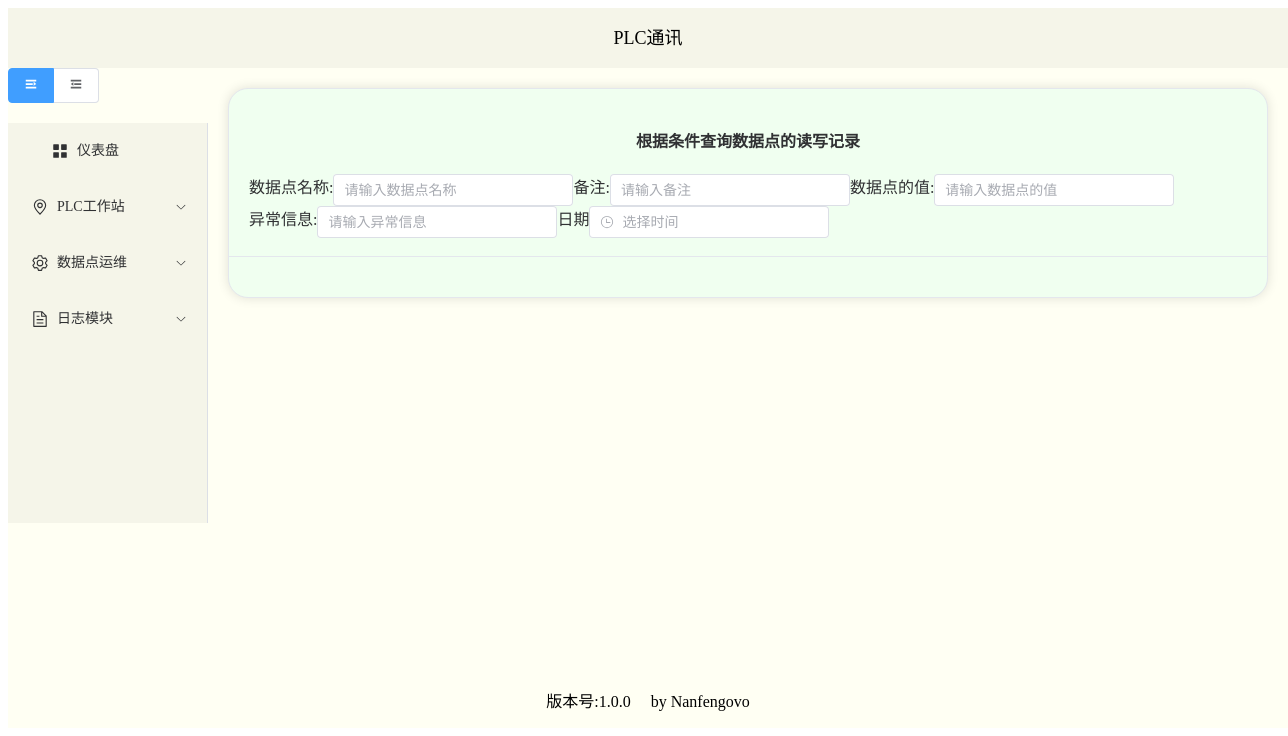
Repository: nanfengovo/HelperWorkStation
Page: /#/frameWork/PLCWorkstation/S7 (app in HelperWorkStation/plchelper-ui/)
The author's editor kept a copy of each file at every save. The page is drawn from the files as they stood at one save, then again after the next save.
The browser window is 1280 px wide. The page is 1288 px wide, so the pictures cover 1288 px, including what lies to the right of the window. The pictures show the whole page.
The project was rebuilt for these pictures with package versions that can differ from the ones it lists, and the page was loaded fresh each time. Also part of the build but not shown: HelperWorkStation/plchelper-ui/vite.config.ts, HelperWorkStation/plchelper-ui/src/views/Login/index.vue.

Above is the page before, as saved 2025-02-15 23:28:25.

### HelperWorkStation/plchelper-ui/index.html
<!DOCTYPE html>
<html lang="">
  <head>
    <meta charset="UTF-8">
    <link rel="icon" href="/icon-park-outline--cpu.png">
    <meta name="viewport" content="width=device-width, initial-scale=1.0">
    <title>PLCHelper Station</title>
  </head>
  <body>
    <div id="app"></div>
    <script type="module" src="/src/main.ts"></script>
  </body>
</html>

<style>
  #app{
    /* display: flex;
    justify-content: center;
    align-items: center; */
    height: 100vh;
    width: 100vw;
  }
</style>

### HelperWorkStation/plchelper-ui/src/main.ts
// import './assets/main.css'

import { createApp } from 'vue'
import ElementPlus from 'element-plus'
import 'element-plus/dist/index.css'
import { createPinia } from 'pinia'

import App from './App.vue'
import * as ElementPlusIconsVue from '@element-plus/icons-vue'
//element-plus转换中文
import zhCn from 'element-plus/es/locale/lang/zh-cn'
import router from './router'

const app = createApp(App)
app.use(router)
for (const [key, component] of Object.entries(ElementPlusIconsVue)) {
    app.component(key, component)
    }
    app.use(ElementPlus, {
        locale: zhCn,
        })
app.use(createPinia())


app.mount('#app')

### HelperWorkStation/plchelper-ui/src/App.vue
<script setup lang="ts">
import {  RouterView } from 'vue-router'
import FrameWork from './views/FrameWork/index.vue'
import Login from './views/Login/index.vue'
</script>

<template>
  <div class="app">
    <RouterView />
  </div>

  <!-- <RouterView /> -->
</template>

<style scoped>
	html,body,#app{
      height: 100%;
      width: 100%;
	}
  .app{
    height: 100%;
    width: 100%;
  }
</style>

### HelperWorkStation/plchelper-ui/src/router/index.ts
import { createMemoryHistory, createRouter, createWebHashHistory, type RouteRecordRaw } from 'vue-router'
import frameWork from '../views/FrameWork/index.vue';
import Login from '../views/Login/index.vue';
import panel from '../views/FrameWork/layout/panel/index.vue';

// const routes: RouteRecordRaw[] = [];
const routes: Array<RouteRecordRaw> = [
    {
        path: '/',
        redirect: '/login'
    },
    {
        path: '/login',
        name: 'login',
        component: Login
    },
    {
        path: '/frameWork',
        name: '主页',
        component: frameWork,
        children: [
            {
                path: '/framework/panel',
                name: '仪表板',
                component: () => import('../views/FrameWork/layout/panel/index.vue'),
            },
            {
                path: '/frameWork/PLCWorkstation/Modbus',
                name: 'PLC工作站-Modbus',
                component: () => import('../views/FrameWork/layout/PLCWorkstation/Modbus/index.vue'),
            },
            {
                path: '/frameWork/PLCWorkstation/PLC',
                name: 'PLC工作站-PLC配置',
                component: () => import('../views/FrameWork/layout/PLCWorkstation/PLC/index.vue'),
            },
            {
                path: '/frameWork/PLCWorkstation/S7',
                name: 'PLC工作站-S7',
                component: () => import('../views/FrameWork/layout/PLCWorkstation/S7/index.vue'),
            },
            {
                path: '/frameWork/PLCWorkstation/OPC',
                name: 'PLC工作站-OPC',
                component: () => import('../views/FrameWork/layout/PLCWorkstation/OPC/index.vue'),
            },
            {
                path: '/frameWork/PLCWorkstation/FinsTCP',
                name: 'PLC工作站-FinsTCP',
                component: () => import('../views/FrameWork/layout/PLCWorkstation/FinsTCP/index.vue'),
            },
            {
                path: '/frameWork/DataPointOperations/Modbus',
                name: '数据点运维-Modbus',
                component: () => import('../views/FrameWork/layout/DataPointOperations/Modbus/index.vue'),
            },
            {
                path: '/frameWork/DataPointOperations/S7',
                name: '数据点运维-S7',
                component: () => import('../views/FrameWork/layout/DataPointOperations/S7/index.vue'),
            },
            {
            path: '/frameWork/DataPointOperations/S7/DB',
                        name: '数据点运维-S7-DB',
                        component: () => import('../views/FrameWork/layout/DataPointOperations/S7/DB/index.vue'),
            },
            {
                path: '/frameWork/DataPointOperations/Opc',
                name: '数据点运维-Opc',
                component: () => import('../views/FrameWork/layout/DataPointOperations/OPC/index.vue'),
            },
            {
                path: '/frameWork/DataPointOperations/FinsTCP',
                name: '数据点运维-FinsTCP',
                component: () => import('../views/FrameWork/layout/DataPointOperations/FinsTCP/index.vue'),
            },
            {
                path: '/frameWork/Log/Operation',
                name: '用户操作日志',
                component: () => import('../views/FrameWork/layout/Log/Operation/index.vue'),
            },
            {
                path: '/frameWork/Log/ReadWrite',
                name: '数据点读写日志',
                component: () => import('../views/FrameWork/layout/Log/ReadWrite/index.vue'),
            },

        ],


    },
];

const router = createRouter({
    history: createWebHashHistory(),
    routes,
});

export default router;

### HelperWorkStation/plchelper-ui/src/views/FrameWork/index.vue
<template>
    <div class="common-layout">
        <el-container>
            <div class="layout-header">
                <el-header>
                    PLC通讯
                </el-header>
            </div>
            <el-container>
                <el-aside width="200px" height="100vh" >
                    <el-radio-group v-model="isCollapse" style="margin-bottom: 20px">
                        <el-radio-button :value="false"><el-icon><Expand /></el-icon></el-radio-button>
                        <el-radio-button :value="true"><el-icon><Fold /></el-icon></el-radio-button>
                    </el-radio-group>
                    <el-menu
                        background-color="#f5f5e9"
                        default-active="1"
                        class="el-menu-vertical-demo"
                        :collapse="isCollapse"
                        @open="handleOpen"
                        @close="handleClose"
                        router
                    >
                        <el-menu-item index="/frameWork/panel">
                            <el-menu-item >
                                <el-icon><icon-menu /></el-icon>
                                <template #title>仪表盘</template>
                            </el-menu-item>
                        </el-menu-item>
                        <el-sub-menu index="2">
                        <template #title>
                            <el-icon><location /></el-icon>
                            <span>PLC工作站</span>
                        </template>
                        <el-menu-item-group >
                            <el-menu-item index="/frameWork/PLCWorkstation/PLC">PLC配置</el-menu-item>
                            <el-menu-item index="/frameWork/PLCWorkstation/Modbus">Modbus模块</el-menu-item>
                            <el-menu-item index="/frameWork/PLCWorkstation/S7">S7模块</el-menu-item>
                            <el-menu-item index="/frameWork/PLCWorkstation/OPC">OPC模块</el-menu-item>
                            <el-menu-item index="/frameWork/PLCWorkstation/FinsTCP">FinsTCP模块</el-menu-item>
                        </el-menu-item-group>
                        </el-sub-menu>
                        <el-sub-menu index="3">
                        <template #title>
                            <el-icon><Setting /></el-icon>
                            <span>数据点运维</span>
                        </template>
                        <el-menu-item-group >
                            <el-menu-item index="/frameWork/DataPointOperations/Modbus">Modbus数据点配置</el-menu-item>
                            <el-menu-item index="/frameWork/DataPointOperations/S7">S7数据点配置</el-menu-item>
                            <el-menu-item index="/frameWork/DataPointOperations/S7/DB">DB块配置</el-menu-item>
                            <el-menu-item index="/frameWork/DataPointOperations/Opc">OPC数据点配置</el-menu-item>
                            <el-menu-item index="/frameWork/DataPointOperations/FinsTCP">FinsTCP数据点模块</el-menu-item>
                        </el-menu-item-group>
                        </el-sub-menu>
                        <el-sub-menu index="4">
                        <template #title>
                            <el-icon><Document /></el-icon>
                            <span>日志模块</span>
                        </template>
                        <el-menu-item-group >
                            <el-menu-item index="/frameWork/Log/Operation">操作日志</el-menu-item>
                            <el-menu-item index="/frameWork/Log/ReadWrite">读写日志</el-menu-item>
                        </el-menu-item-group>
                        </el-sub-menu>
                    </el-menu>
                </el-aside>
                    <el-container>
                        <el-main>
                            <!-- <div class="main-header"> -->
                            <!-- <div class="main-header-breadcrumb"> -->
                                <!-- 面包屑 -->
                                <!-- <el-breadcrumb :separator-icon="ArrowRight"
                                                style="cursor: pointer; margin: 10px 0; display:inline-block;margin-left: 10px; ">
                                                <el-breadcrumb-item  >面包屑导航</el-breadcrumb-item>
                                </el-breadcrumb>
                            </div> -->
                            <!-- <div class="main-header-tab">
                                <el-tab>
                                    <el-tabs
                                    v-model="tablist"
                                    type="card"
                                    editable
                                    class="demo-tabs"
                                    @tab-click="pushTo"
                                >
                                    <el-tab-pane
                                    v-for="item in tablist"
                                    :key="item.name"
                                    :label="item.name"
                                    :name="item.name"
                                    >
                                    {{ item.path }}
                                    </el-tab-pane>
                                </el-tabs>
                                </el-tab>
                            </div> -->
                        <!-- </div> -->
                            <RouterView/>
                        </el-main>
                    </el-container>
            </el-container>
                <el-footer class="fixed-footer" >
                    <span>版本号:{{SoftVersion}}</span>&nbsp;&nbsp;&nbsp;&nbsp;
                    <span>by {{ SoftAuthor }}</span>
                </el-footer>
        </el-container>
    </div>
</template>

<script lang="ts" setup>
import { ref } from 'vue'
import { useRouter } from 'vue-router';
import routes from '../../router/index';
import {
    Document,
    Menu as IconMenu,
    Location,
    Setting,
    ArrowRight,
} from '@element-plus/icons-vue'
import type { TabPaneName } from 'element-plus'



const SoftVersion = ref('1.0.0')
const SoftAuthor = ref('Nanfengovo')


import { useRoute } from 'vue-router'
import router from '../../router/index';
const route = useRoute()
const pathList = ref()

console.log('route', route)// 获取当前路由
console.log('route.matched', route.matched)// 获取当前路由匹配到的路由记录
console.log('route.matched[0].children', route.matched[0].children)// 获取当前路由匹配到的路由记录

const tablist = ref(route.matched[0].children)
const isCollapse = ref(false)

let tabIndex = 1;

// const pushTo = (tab: TabPaneName) => {
//     router.push(tab)
// }


</script>

<style>
.el-menu-vertical-demo:not(.el-menu--collapse) {
    width: 200px;
    min-height: 400px;
}
.layout-header {
    background-color: #f5f5e9;
    color: black;
    text-align: center;
    line-height: 60px;
    font-size: 18px;
}

.common-layout{
    display: flex;
    flex-direction: column;
    min-height: 100vh;
    background-color: #fffff3;
}
.fixed-footer {
    background-color: #fffff3; /* 根据需要设置背景颜色 */
    padding: 10px; /* 根据需要设置内边距 */
    text-align: center; /* 根据需要设置文本对齐方式 */
    margin-bottom: 20px;
    height: 30px;
    font-size: 16px;
}
.main-header{
    border: red 1px solid;
    width: 100%;
    height: 30px;
}
/* .main-header-breadcrumb{
    border: green 1px solid;
    margin: 10px;
    width: 100%;
    height: 30px;
} */
.main-header-tab
{
    border: blue 1px solid;
    width: 100%;
    height: 30px;
}
.demo-tabs {
    border: 1px solid orangered;
    width: 60px;
    height: 30px;
    border-radius: 4px;
}
.demo-tabs>.el-tab-pane {
    border-bottom: 1px solid #ebeef5;
}
</style>

### HelperWorkStation/plchelper-ui/src/views/FrameWork/layout/PLCWorkstation/S7/index.vue
<template>
    <div class="Query">
        <el-card class="Query-card">
            <template #header>
                <div class="card-header">
                    <h4>根据条件查询数据点的读写记录</h4>
                </div>
                <el-row>
                    <el-label>
                        数据点名称:
                    </el-label>
                    <el-input v-model="dbName" placeholder="请输入数据点名称" clearable />
                    <el-label>
                        备注:
                    </el-label>
                    <el-input v-model="remark" placeholder="请输入备注" clearable/>
                    <el-label>
                        数据点的值:
                    </el-label>
                    <el-input v-model="result" placeholder="请输入数据点的值" clearable/>
                </el-row>
                <el-row>
                    <el-label>
                        异常信息:
                    </el-label>
                    <el-input v-model="exceptionInfo" placeholder="请输入异常信息" clearable/>
                    <el-label>
                        日期
                    </el-label>
                    <el-date-picker
                        v-model="value1"
                        type="datetime"
                        placeholder="选择时间"
                        format="YYYY-MM-DD HH:mm:ss"
                        date-format="MMM DD, YYYY"
                        time-format="HH:mm"
                    />
                </el-row>
            </template>

        </el-card>
    </div>
</template>
<script setup lang="ts">

</script>
<style>
.Query{
    display: grid;
}
.Query-card{
    background-color: #F0FFF0;
    border-radius: 20px;
}
.card-header{
    text-align: center;
}
.Query-card .el-input{
    width: 240px;
}
</style>

After the next save:
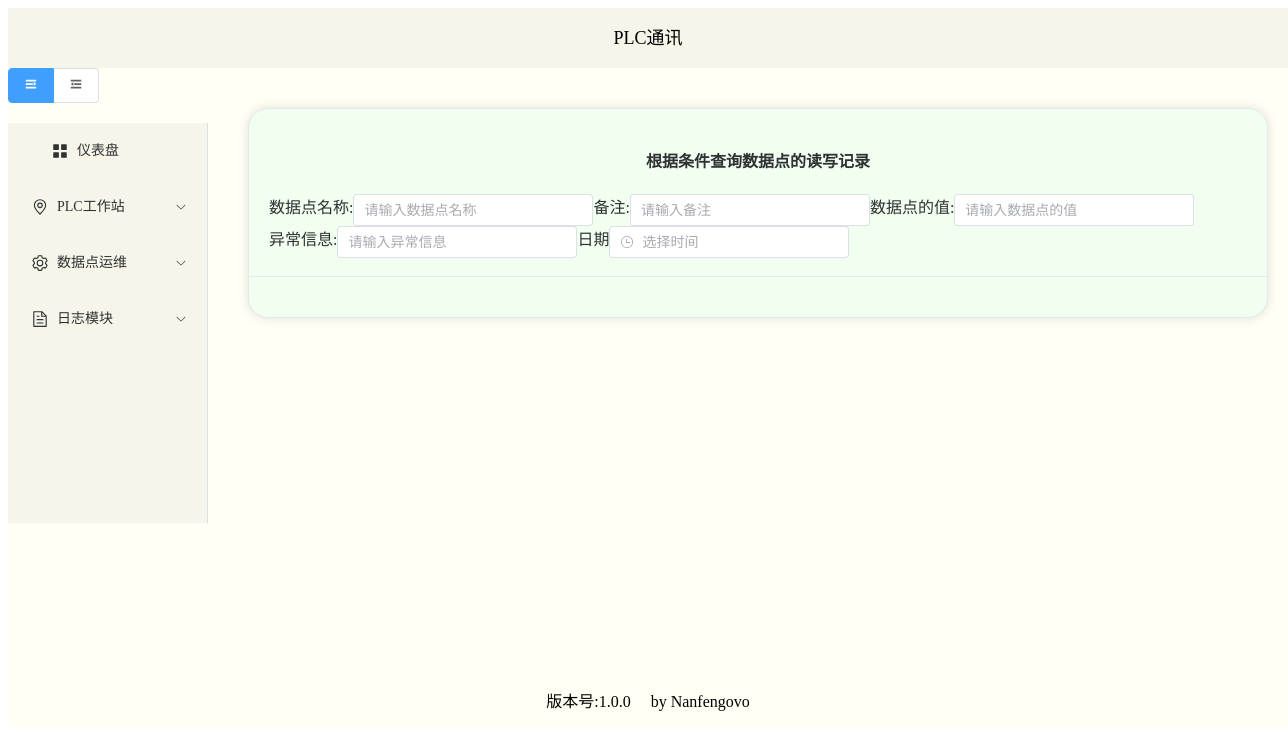
Saved 89 s later.
--- a/HelperWorkStation/plchelper-ui/src/views/FrameWork/layout/PLCWorkstation/S7/index.vue
+++ b/HelperWorkStation/plchelper-ui/src/views/FrameWork/layout/PLCWorkstation/S7/index.vue
@@ -47,6 +47,8 @@
 <style>
 .Query{
     display: grid;
+    margin-top: 20px;
+    margin-left: 20px;
 }
 .Query-card{
     background-color: #F0FFF0;

After the 2 saves that followed:
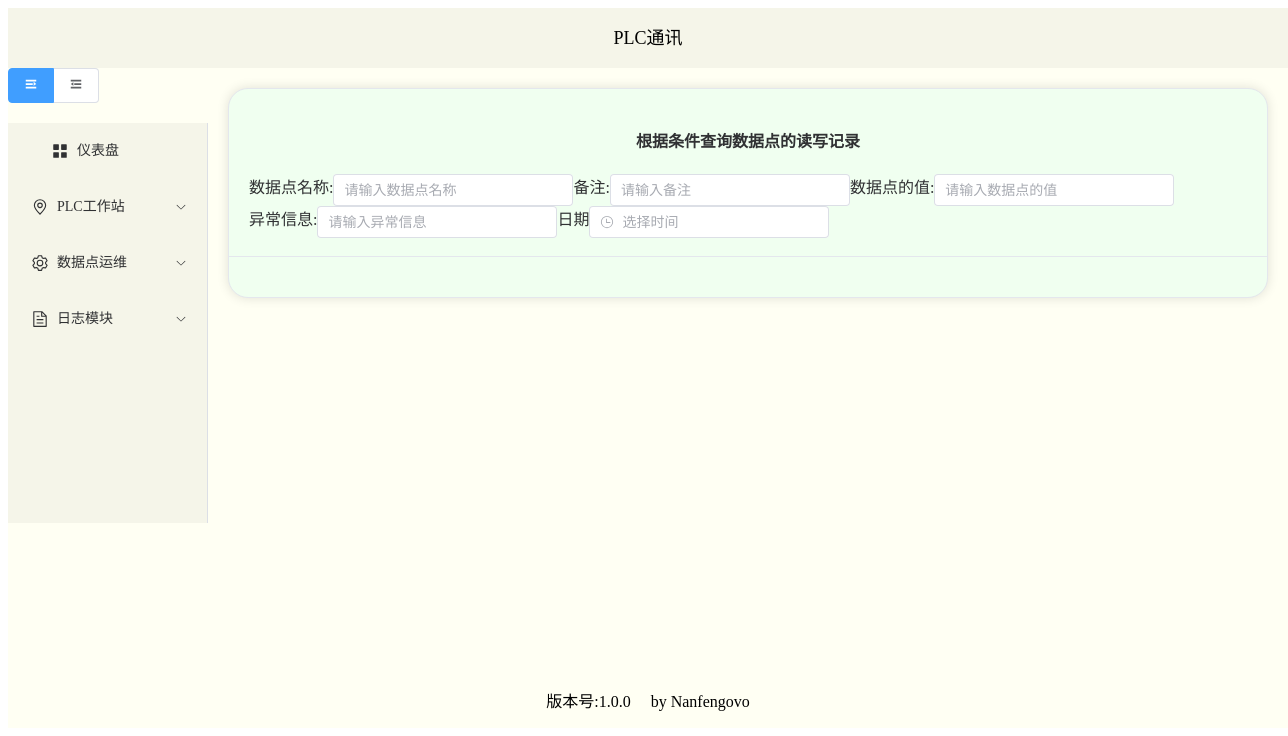
The 2 saves are shown as one change because they came seconds apart.
The last was saved 37 s later.
--- a/HelperWorkStation/plchelper-ui/src/views/FrameWork/layout/PLCWorkstation/S7/index.vue
+++ b/HelperWorkStation/plchelper-ui/src/views/FrameWork/layout/PLCWorkstation/S7/index.vue
@@ -47,8 +47,6 @@
 <style>
 .Query{
     display: grid;
-    margin-top: 20px;
-    margin-left: 20px;
 }
 .Query-card{
     background-color: #F0FFF0;
